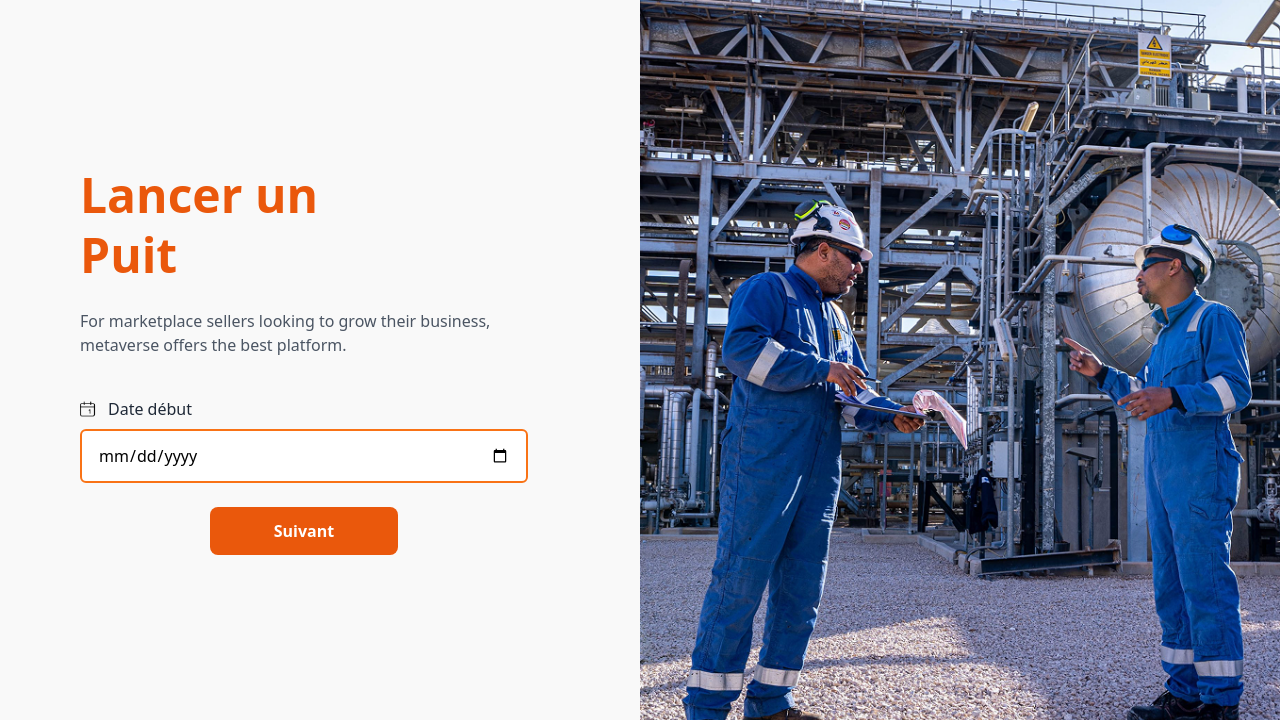
Repository: 123455675848484848484884848484/Projet_2cs
Page: /file (app in front/)
The author's editor kept a copy of each file at every save. The page is drawn from the files as they stood at one save, then again after the next save.
The browser window is 1280 px wide. The pictures show the whole page.
The project was rebuilt for these pictures with package versions that can differ from the ones it lists, and the page was loaded fresh each time. Also part of the build but not shown: front/src/App.css, front/src/Login.jsx.

Above is the page before, as saved 2025-04-23 17:40:37.

After the next save:
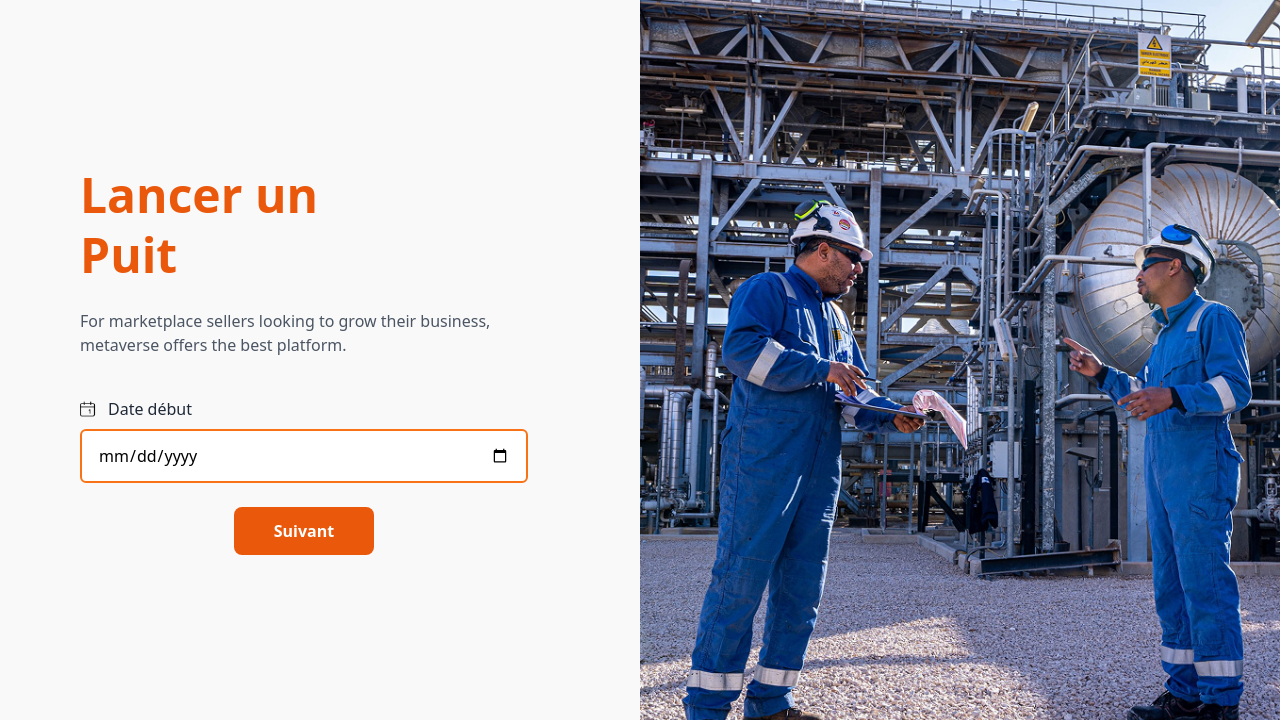
Saved 2 min 39 s later.
--- a/front/src/LancerPuit.jsx
+++ b/front/src/LancerPuit.jsx
@@ -41,7 +41,7 @@ const LancerPuit = () => {
             </div>
             <button
   type="submit"
-  className="bg-orange-600 hover:bg-orange-700 text-white text-[16px] font-semibold py-3 px-16 rounded-[8px] transition mx-auto block"
+  className="bg-orange-600 hover:bg-orange-700 text-white text-[16px] font-semibold py-3 px-10 rounded-[8px] transition mx-auto block"
    >
   Suivant
 </button>
